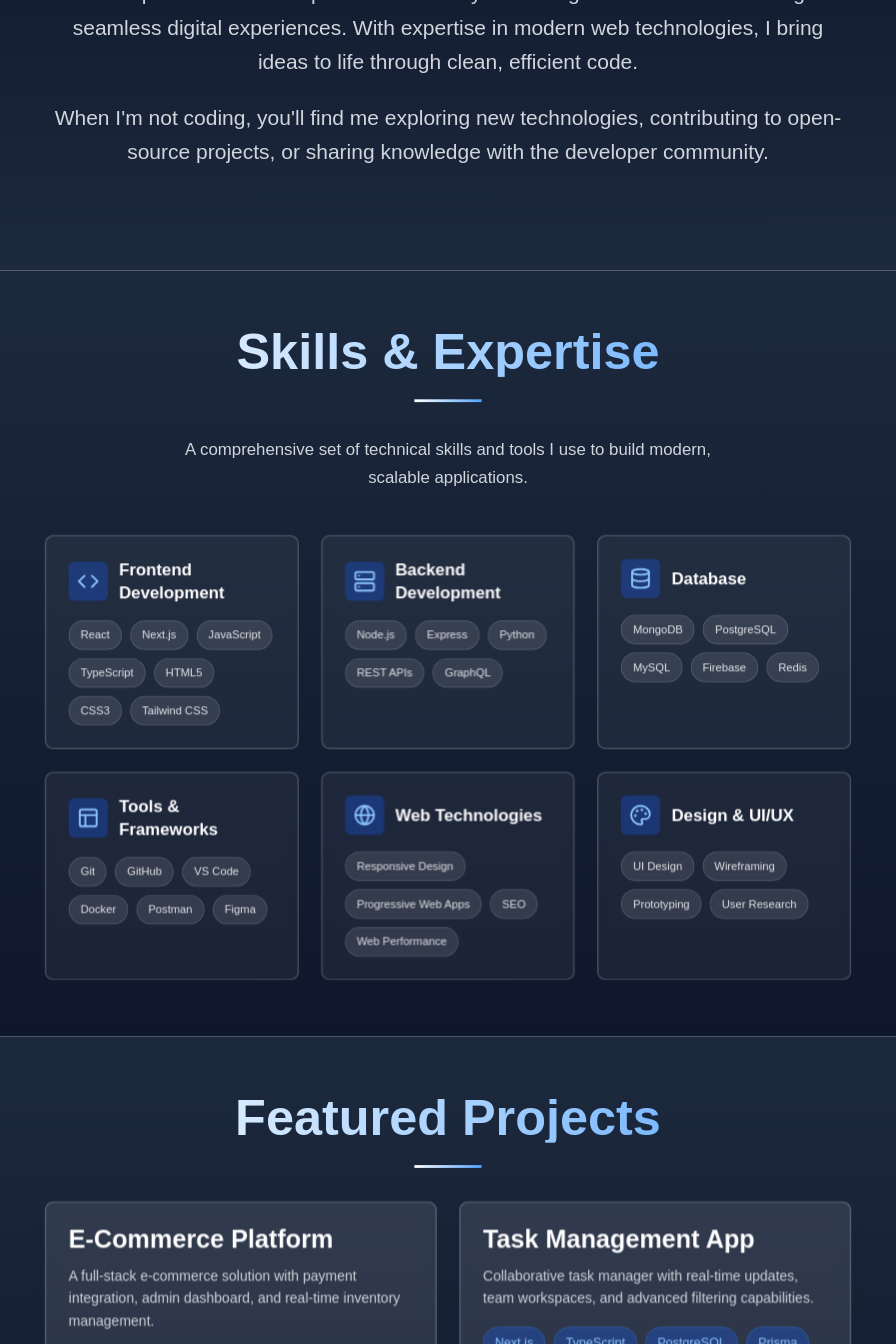
Repository: harshikabodekar/portfolio_awp
Page: /
These files come from the project's save history. The page is drawn as it stood at one moment and after the next save; the edit follows.
The browser window is 1280 px wide. The pictures show the part of the page from y = 1119 to 3039 px (the page is 4640 px tall), at 70% of full size.
The project was rebuilt for these pictures with package versions that can differ from the ones it lists, and the page was loaded fresh each time. The framework's server and built-in components were replaced by stand-ins that run in the browser. Also part of the build but not shown: next.config.mjs.

Above is the page before, as saved 2025-10-15 20:58:00.

### src/app/layout.js
import "./globals.css";

export const metadata = {
  title: "AWP Portfolio",
  description: "Personal portfolio",
};

export default function RootLayout({ children }) {
  return (
    <html lang="en">
      <body className="antialiased">
        {children}
      </body>
    </html>
  );
}

### src/app/page.js
//import Image from "next/image";
import Navbar from "./components/Navbar";
import React from "react";
import Projects from "./components/Project";
import About from "./components/About";
import Contact from "./components/Contact";
import Hero from "./components/Hero";
import Skills from "./components/Skills";

export default function Home() {
  return (
    <div className="font-sans">
      <Navbar />
      <main className="w-full">
        <Hero />
        <About />
        <Skills />
        <Projects />
        <Contact />
      </main>
    </div>
  );
}

### src/app/components/Navbar.js
import React from 'react';

const Navbar = () => {
  return (
    <nav className="bg-gray-900 text-white py-4 px-6 fixed w-full top-0 left-0 z-50 shadow-lg">
      <div className="container mx-auto flex justify-between items-center">
        <h1 className="text-4xl font-bold">My Portfolio</h1>
        <ul className="flex space-x-12 text-2xl">
          <li><a href="#home" className="hover:text-blue-400 transition-colors">Home</a></li>
          <li><a href="#about" className="hover:text-blue-400 transition-colors">About</a></li>
          <li><a href="#skills" className="hover:text-blue-400 transition-colors">Skills</a></li>
          <li><a href="#projects" className="hover:text-blue-400 transition-colors">Projects</a></li>
          <li><a href="#contact" className="hover:text-blue-400 transition-colors">Contact</a></li>
        </ul>
      </div>
    </nav>
  );
};

export default Navbar;

### src/app/components/Project.js
import React from 'react';
import ProjectCard from './ProjectCard';
import { projectsData } from '../data/projects';

const Projects = () => {
  const projects = [
    {
      title: "E-Commerce Platform",
      description: "A full-stack e-commerce solution with payment integration, admin dashboard, and real-time inventory management.",
      tech: ["React", "Node.js", "MongoDB", "Stripe"],

    },
    {
      title: "Task Management App",
      description: "Collaborative task manager with real-time updates, team workspaces, and advanced filtering capabilities.",
      tech: ["Next.js", "TypeScript", "PostgreSQL", "Prisma"],

    },
    {
      title: "Weather Dashboard",
      description: "Real-time weather dashboard with forecasts, interactive maps, and location-based recommendations.",
      tech: ["Vue.js", "Python", "FastAPI", "OpenWeather API"],

    },
    {
      title: "AI Chat Application",
      description: "Intelligent chatbot with natural language processing, context awareness, and custom training capabilities.",
      tech: ["React", "Python", "TensorFlow", "WebSockets"],

    }
  ];

return (
    <section id="projects" className="py-20 px-6 bg-gradient-to-b from-slate-800 to-slate-900 text-white">
      <div className="container mx-auto px-4">
        <div className="max-w-6xl mx-auto">
          <h2 className="text-3xl sm:text-5xl md:text-6xl lg:text-7xl font-bold mb-8 text-center bg-gradient-to-r from-white to-blue-400 bg-clip-text text-transparent">
            Featured Projects
          </h2>
          <div className="w-24 h-1 bg-gradient-to-r from-white to-blue-400 mx-auto mb-12"></div>

          <div className="grid md:grid-cols-2 gap-6 lg:gap-8">
            {projects.map((project, index) => (
              <ProjectCard key={index} project={project} />
            ))}
          </div>
        </div>
      </div>
    </section>
  );
};

export default Projects;

### src/app/components/About.js
import React from 'react';

const About = () => {
  return (
    <section id="about" className="py-20 px-6 bg-gradient-to-b from-slate-900 to-slate-800 text-white">
      <div className="container mx-auto px-4">
        <div className="max-w-6xl mx-auto">
          <h2 className="text-4xl sm:text-5xl md:text-6xl lg:text-7xl font-bold mb-8 text-center bg-gradient-to-r from-white to-blue-400 bg-clip-text text-transparent">
            About Me
          </h2>
          <div className="w-24 h-1 bg-gradient-to-r from-white to-blue-400 mx-auto mb-12"></div>

          <div className="mb-16 text-center">
            <p className="text-xl sm:text-2xl md:text-3xl text-gray-300 leading-relaxed mb-8">
              I'm a passionate developer with a keen eye for design and a love for creating
              seamless digital experiences. With expertise in modern web technologies, I bring
              ideas to life through clean, efficient code.
            </p>
            <p className="text-xl sm:text-2xl md:text-3xl text-gray-300 leading-relaxed">
              When I'm not coding, you'll find me exploring new technologies, contributing to
              open-source projects, or sharing knowledge with the developer community.
            </p>

          </div>

          </div>
      </div>
    </section>
  );
};

export default About;

### src/app/components/Contact.js
"use client";
import { Mail, Phone, MapPin, Github, Linkedin, Twitter } from 'lucide-react';

const Contact = () => {
  const contactInfo = [
    {
      icon: Mail,
      label: "Email",
      value: "harshikabodekar02@gmail.com",
      href: "mailto:harshikabodekar02@gmail.com"
    },
    {
      icon: Phone,
      label: "Phone",
      value: "+91 9130343030",
      href: "tel:+919130343030"
    },
    {
      icon: MapPin,
      label: "Location",
      value: "Pune, India",
      href: "#"
    }
  ];

  const socialLinks = [
    {
      icon: Github,
      label: "GitHub",
      href: "https://github.com/harshikabodekar"
    },
    {
      icon: Linkedin,
      label: "LinkedIn",
      href: "https://linkedin.com"
    },
    {
      icon: Twitter,
      label: "Twitter",
      href: "https://twitter.com/harshikabodekar"
    }
  ];

  return (
    <section id="contact" className="py-20 px-6 bg-gradient-to-b from-slate-800 to-slate-900 text-white">
      <div className="container mx-auto px-4">
        <div className="max-w-6xl mx-auto">
          <h2 className="text-4xl sm:text-5xl md:text-6xl lg:text-7xl font-bold mb-8 text-center bg-gradient-to-r from-white to-blue-400 bg-clip-text text-transparent">
            Get In Touch
          </h2>
          <div className="w-24 h-1 bg-gradient-to-r from-white to-blue-400 mx-auto mb-12"></div>

          <p className="text-center text-xl md:text-2xl text-gray-300 mb-16 max-w-3xl mx-auto leading-relaxed">
            I'm always open to discussing new projects, creative ideas, or opportunities to be part of your visions.
          </p>

          <div className="grid md:grid-cols-3 gap-8 mb-16">
            {contactInfo.map((info, index) => {
              const IconComponent = info.icon;
              return (
                <div
                  key={index}
                  className="border-2 border-white/20 rounded-xl p-8 hover:border-blue-400/50 transition-all duration-300 text-center group backdrop-blur-sm bg-white/5"
                >
                  <div className="inline-flex p-4 bg-blue-600/30 rounded-lg mb-4 group-hover:bg-blue-600/50 transition-all duration-300">
                    <IconComponent className="w-8 h-8 text-blue-300" />
                  </div>
                  <h3 className="text-lg font-semibold text-gray-200 mb-3">{info.label}</h3>
                  <a
                    href={info.href}
                    className="text-xl text-white hover:text-blue-400 transition-colors duration-300 break-words"
                  >
                    {info.value}
                  </a>
                </div>
              );
            })}
          </div>

          <div className="border-2 border-white/20 rounded-xl p-10 backdrop-blur-sm bg-white/5">
            <h3 className="text-3xl md:text-4xl font-bold mb-8 text-center text-white">Connect With Me</h3>

            <div className="flex justify-center gap-6 mb-10">
              {socialLinks.map((social, index) => {
                const SocialIcon = social.icon;
                return (
                  <a
                    key={index}
                    href={social.href}
                    target="_blank"
                    rel="noreferrer"
                    className="p-4 bg-white/10 border-2 border-white/20 rounded-full hover:bg-blue-600 hover:border-blue-400 transition-all duration-300 group"
                    aria-label={social.label}
                  >
                    <SocialIcon className="w-8 h-8 text-white group-hover:scale-110 transition-transform" />
                  </a>
                );
              })}
            </div>

            <div className="text-center">
              <a
                href="mailto:harshikabodekar02@gmail.com"
                className="inline-flex items-center gap-3 px-8 py-4 bg-blue-600 hover:bg-blue-700 text-white rounded-lg transition-colors text-lg md:text-xl font-medium shadow-lg hover:shadow-blue-500/50"
              >
                <Mail className="w-6 h-6" />
                Send Me an Email
              </a>
            </div>
          </div>
        </div>
      </div>
    </section>
  );
};

export default Contact;

### src/app/components/Hero.js
"use client";
import React from 'react';
import { Github, Linkedin, Mail } from 'lucide-react';

const Hero = () => {
  return (
    <section id="home" className="relative w-full min-h-screen flex items-center justify-center bg-gradient-to-b from-slate-800 to-slate-900 text-white pt-20">
      <div className="w-full px-4 sm:px-6 lg:px-8 py-12 sm:py-16 md:py-20 relative z-10">
        <div className="max-w-6xl mx-auto text-center">
          <div className="mb-6 sm:mb-8 flex justify-center">
            <div className="w-32 h-32 sm:w-40 sm:h-40 md:w-48 md:h-48 rounded-full bg-gray-300 dark:bg-gray-600 border-4 border-white flex items-center justify-center text-xl sm:text-2xl font-bold text-gray-800">HB</div>
          </div>



          <h1 className="text-4xl sm:text-4xl md:text-5xl lg:text-6xl xl:text-7xl font-bold mb-4 sm:mb-6 bg-gradient-to-r from-white to-blue-400 bg-clip-text text-transparent px-4">
            Harshika Bodekar
          </h1>

          <p className="text-base sm:text-lg md:text-xl lg:text-3xl text-gray-300 mb-6 sm:mb-8 font-light px-4">
            Computer Science Student | Frontend Developer
          </p>

          <p className="text-sm sm:text-base md:text-2xl text-gray-400 mb-8 sm:mb-12 max-w-2xl mx-auto leading-relaxed px-4">
            Crafting elegant digital experiences with modern technologies.
            Passionate about clean code, intuitive design, and building products that make a difference.
          </p>

          {/* <div className="flex flex-col sm:flex-row flex-wrap gap-4 justify-center mb-8 sm:mb-12 px-4">
            <button onClick={() => {}} className="px-6 py-3 bg-white text-slate-900 rounded-full font-medium hover:bg-gray-100 transition-colors w-full sm:w-auto">View My Work</button>
            <button onClick={() => {}} className="px-6 py-3 border-2 border-white text-white rounded-full hover:bg-white hover:text-slate-900 transition-colors w-full sm:w-auto">Get In Touch</button>
          </div> */}

          <div className="flex flex-wrap gap-4 sm:gap-6 justify-center px-4">
            <a
              href="https://github.com/harshikabodekar"
              target="_blank"
              rel="noopener noreferrer"
              className="p-3 bg-white/10 rounded-full hover:bg-white/20 transition-all group"
              aria-label="GitHub"
            >
              <Github className="w-6 h-6 sm:w-8 sm:h-8 text-white group-hover:text-blue-400 transition-colors" />
            </a>
            <a
              href="https://linkedin.com/in/harshikabodekar"
              target="_blank"
              rel="noopener noreferrer"
              className="p-3 bg-white/10 rounded-full hover:bg-white/20 transition-all group"
              aria-label="LinkedIn"
            >
              <Linkedin className="w-6 h-6 sm:w-8 sm:h-8 text-white group-hover:text-blue-400 transition-colors" />
            </a>
            <a
              href="mailto:harshikabodekar02@gmail.com"
              className="p-3 bg-white/10 rounded-full hover:bg-white/20 transition-all group"
              aria-label="Email"
            >
              <Mail className="w-6 h-6 sm:w-8 sm:h-8 text-white group-hover:text-blue-400 transition-colors" />
            </a>
          </div>
        </div>
      </div>

      <div className="hidden sm:block absolute bottom-10 left-1/2 -translate-x-1/2">
        <div className="w-6 h-10 border-2 border-white rounded-full flex justify-center">
          <div className="w-1 h-3 bg-white rounded-full mt-2 animate-pulse"></div>
        </div>
      </div>
    </section>
  );
};

export default Hero;

### src/app/components/Skills.js
"use client";
import React from 'react';
import { Code, Database, Layout, Server, Globe, Palette } from 'lucide-react';

const Skills = () => {
  const skillCategories = [
    {
      icon: Code,
      title: "Frontend Development",
      skills: ["React", "Next.js", "JavaScript", "TypeScript", "HTML5", "CSS3", "Tailwind CSS"]
    },
    {
      icon: Server,
      title: "Backend Development",
      skills: ["Node.js", "Express", "Python", "REST APIs", "GraphQL"]
    },
    {
      icon: Database,
      title: "Database",
      skills: ["MongoDB", "PostgreSQL", "MySQL", "Firebase", "Redis"]
    },
    {
      icon: Layout,
      title: "Tools & Frameworks",
      skills: ["Git", "GitHub", "VS Code", "Docker", "Postman", "Figma"]
    },
    {
      icon: Globe,
      title: "Web Technologies",
      skills: ["Responsive Design", "Progressive Web Apps", "SEO", "Web Performance"]
    },
    {
      icon: Palette,
      title: "Design & UI/UX",
      skills: ["UI Design", "Wireframing", "Prototyping", "User Research"]
    }
  ];

  return (
    <section id="skills" className="py-20 px-6 bg-gradient-to-b from-slate-800 to-slate-900 text-white">
      <div className="container mx-auto px-4">
        <div className="max-w-6xl mx-auto">
          <h2 className="text-4xl sm:text-5xl md:text-6xl lg:text-7xl font-bold mb-8 text-center bg-gradient-to-r from-white to-blue-400 bg-clip-text text-transparent">
            Skills & Expertise
          </h2>
          <div className="w-24 h-1 bg-gradient-to-r from-white to-blue-400 mx-auto mb-12"></div>

          <p className="text-center text-xl md:text-2xl text-gray-300 mb-16 max-w-3xl mx-auto leading-relaxed">
            A comprehensive set of technical skills and tools I use to build modern, scalable applications.
          </p>

          <div className="grid md:grid-cols-2 lg:grid-cols-3 gap-8">
            {skillCategories.map((category, index) => {
              const IconComponent = category.icon;
              return (
                <div
                  key={index}
                  className="border-2 border-white/20 rounded-xl p-8 hover:border-blue-400/50 transition-all duration-300 backdrop-blur-sm bg-white/5 group"
                >
                  <div className="flex items-center gap-4 mb-6">
                    <div className="p-3 bg-blue-600/30 rounded-lg group-hover:bg-blue-600/50 transition-all duration-300">
                      <IconComponent className="w-8 h-8 text-blue-300" />
                    </div>
                    <h3 className="text-2xl font-bold text-white group-hover:text-blue-400 transition-colors">
                      {category.title}
                    </h3>
                  </div>

                  <div className="flex flex-wrap gap-3">
                    {category.skills.map((skill, skillIndex) => (
                      <span
                        key={skillIndex}
                        className="px-4 py-2 bg-white/10 border border-white/20 rounded-full text-sm md:text-base text-gray-200 hover:bg-blue-600/30 hover:border-blue-400/50 transition-all duration-300"
                      >
                        {skill}
                      </span>
                    ))}
                  </div>
                </div>
              );
            })}
          </div>


          </div>
        </div>

    </section>
  );
};

export default Skills;

### src/app/components/ProjectCard.js
"use client";
import React from 'react';
import { Github, ExternalLink } from 'lucide-react';

export default function ProjectCard({ project = {} }) {
  const { title, description, tech = [], github, demo } = project;

  return (
    <article className="bg-white/10 backdrop-blur-sm border-2 border-white/20 rounded-xl p-8 shadow-lg hover:shadow-2xl hover:border-blue-400/50 transition-all duration-300 group">
      <h3 className="font-bold text-3xl md:text-4xl mb-4 text-white group-hover:text-blue-400 transition-colors">
        {title || "Untitled Project"}
      </h3>

      <p className="text-gray-300 text-lg md:text-xl mb-6 leading-relaxed">
        {description || "An event management site that manages the event."}
      </p>

      {tech && tech.length > 0 && (
        <div className="flex flex-wrap gap-3 mb-6">
          {tech.map((technology, index) => (
            <span
              key={index}
              className="px-4 py-2 bg-blue-600/30 text-blue-300 rounded-full text-base md:text-lg font-medium border border-blue-400/30"
            >
              {technology}
            </span>
          ))}
        </div>
      )}

      <div className="flex gap-4 mt-6">
        {github && (
          <a
            href={github}
            target="_blank"
            rel="noreferrer"
            className="flex items-center gap-2 px-5 py-3 bg-white/20 hover:bg-white/30 text-white rounded-lg transition-colors text-base md:text-lg font-medium"
            aria-label="View on GitHub"
          >
            <Github className="w-6 h-6" />
            <span>Code</span>
          </a>
        )}

        {demo && (
          <a
            href={demo}
            target="_blank"
            rel="noreferrer"
            className="flex items-center gap-2 px-5 py-3 bg-blue-600 hover:bg-blue-700 text-white rounded-lg transition-colors text-base md:text-lg font-medium"
            aria-label="View live demo"
          >
            <ExternalLink className="w-6 h-6" />
            <span>Demo</span>
          </a>
        )}
      </div>
    </article>
  );
}

### src/app/data/projects.js
export const projectsData = [
  {
    id: '1',
    title: 'Sample Project One',
    description: 'A short description of project one.',
    link: 'https://example.com',
  },
  {
    id: '2',
    title: 'Sample Project Two',
    description: 'A short description of project two.',
    link: 'https://example.com',
  },
];

Loaded but not shown: src/app/globals.css (common file)

After the next save:
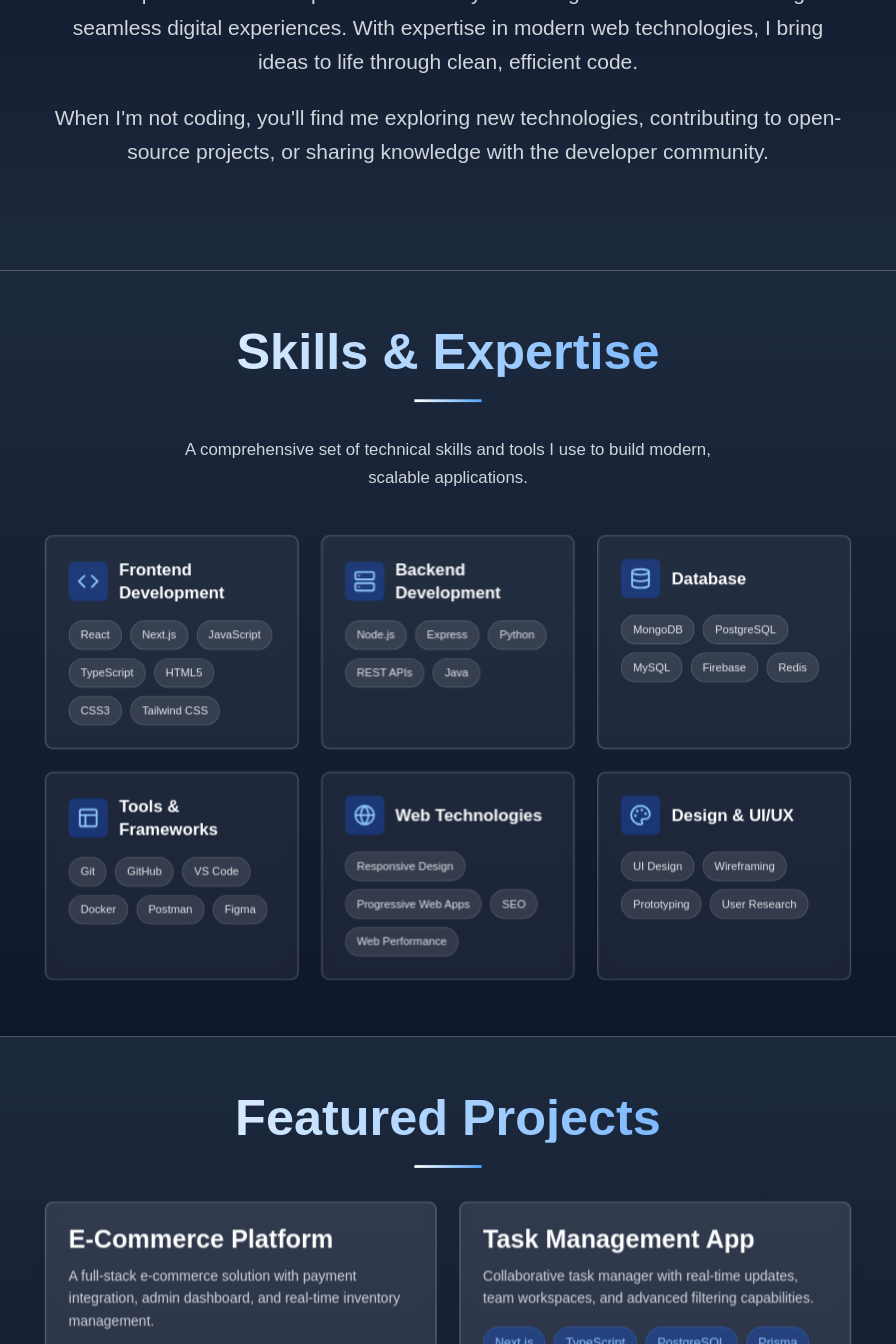
Saved 45 s later.
--- a/src/app/components/Skills.js
+++ b/src/app/components/Skills.js
@@ -12,7 +12,7 @@ const Skills = () => {
     {
       icon: Server,
       title: "Backend Development",
-      skills: ["Node.js", "Express", "Python", "REST APIs", "GraphQL"]
+      skills: ["Node.js", "Express", "Python", "REST APIs", "Java"]
     },
     {
       icon: Database,
